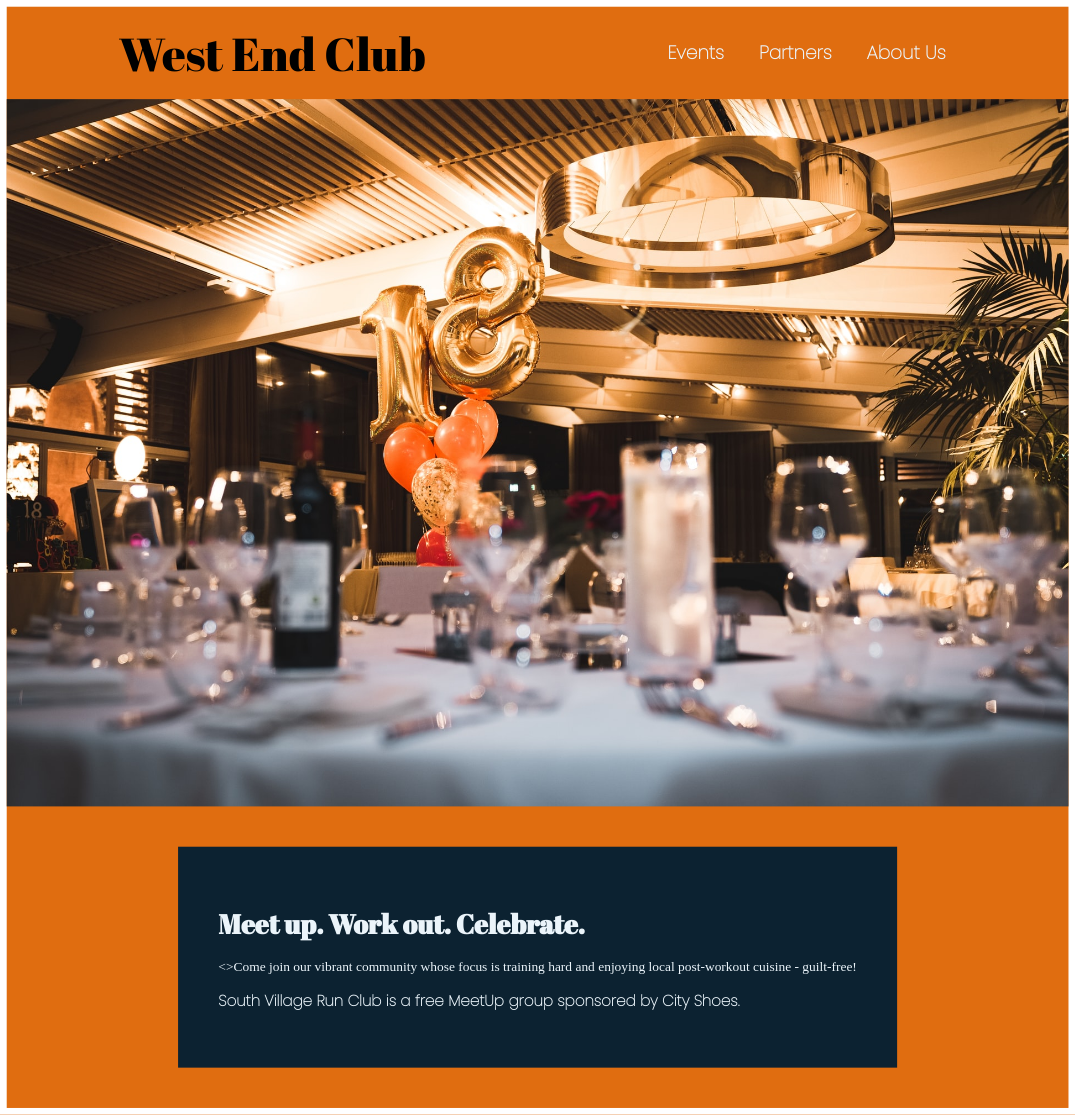
Repository: lastbronx41/lastbronx41.github.io
Page: starting/index.html
The author's editor kept a copy of each file at every save. The page is drawn from the files as they stood at one save, then again after a run of saves.
The browser window is 1280 px wide. The pictures show the whole page, at 84% of full size.
Some web fonts or font styles are not loaded; a fallback is used.

Above is the page before, as saved 2022-07-19 04:41:50.

After the next 5 saves:
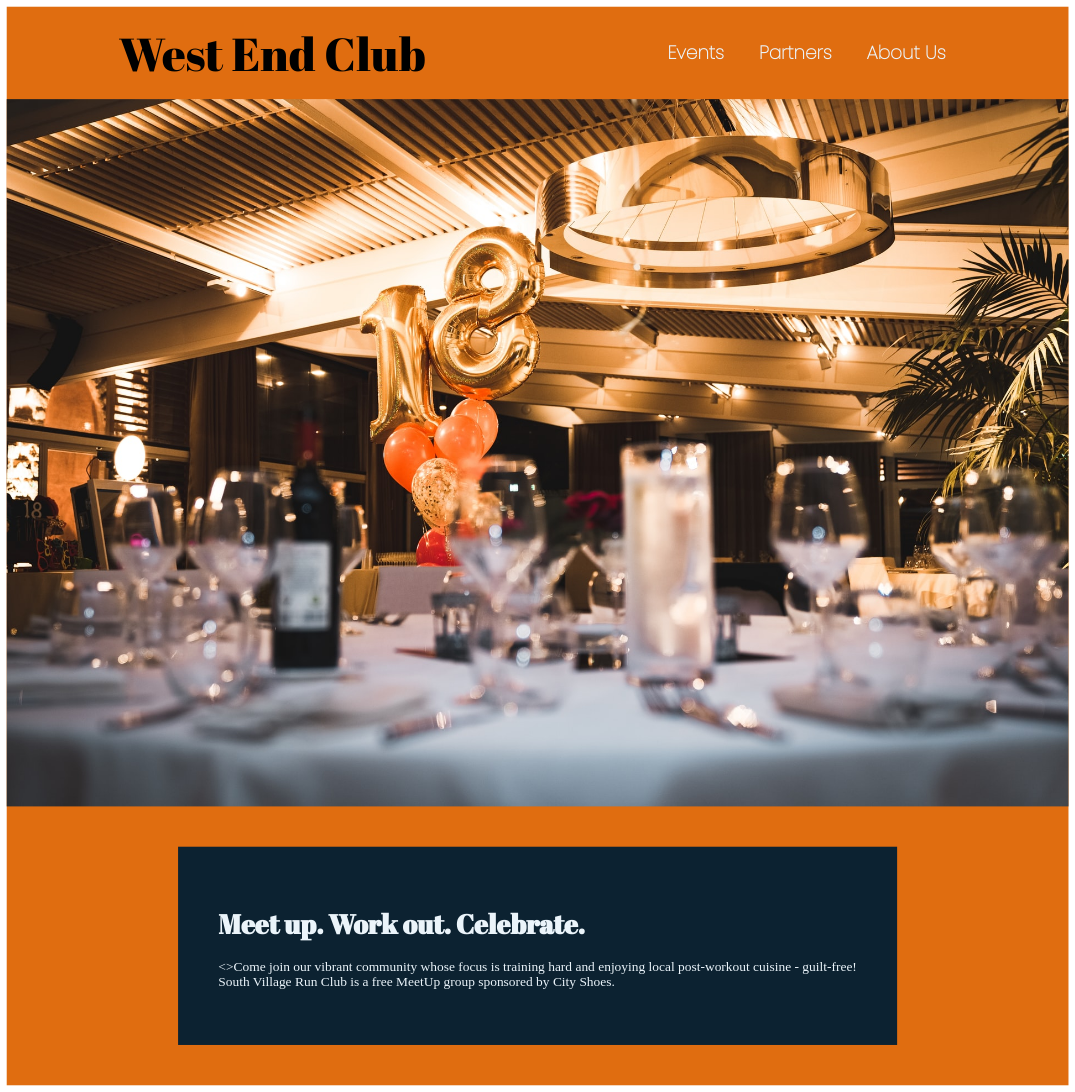
The 5 saves are shown as one change because they came seconds apart.
The last was saved 18 s later.
--- a/starting/index.html
+++ b/starting/index.html
@@ -37,7 +37,8 @@
          <div class="main-text">
             <h1>Meet up. Work out. Celebrate.</h1>
                <>Come join our vibrant community whose focus is training hard and enjoying local post-workout cuisine - guilt-free!
-               <p>South Village Run Club is a free MeetUp group sponsored by City Shoes.
+               <br>
+               South Village Run Club is a free MeetUp group sponsored by City Shoes.
                </p>
 
          </div>
